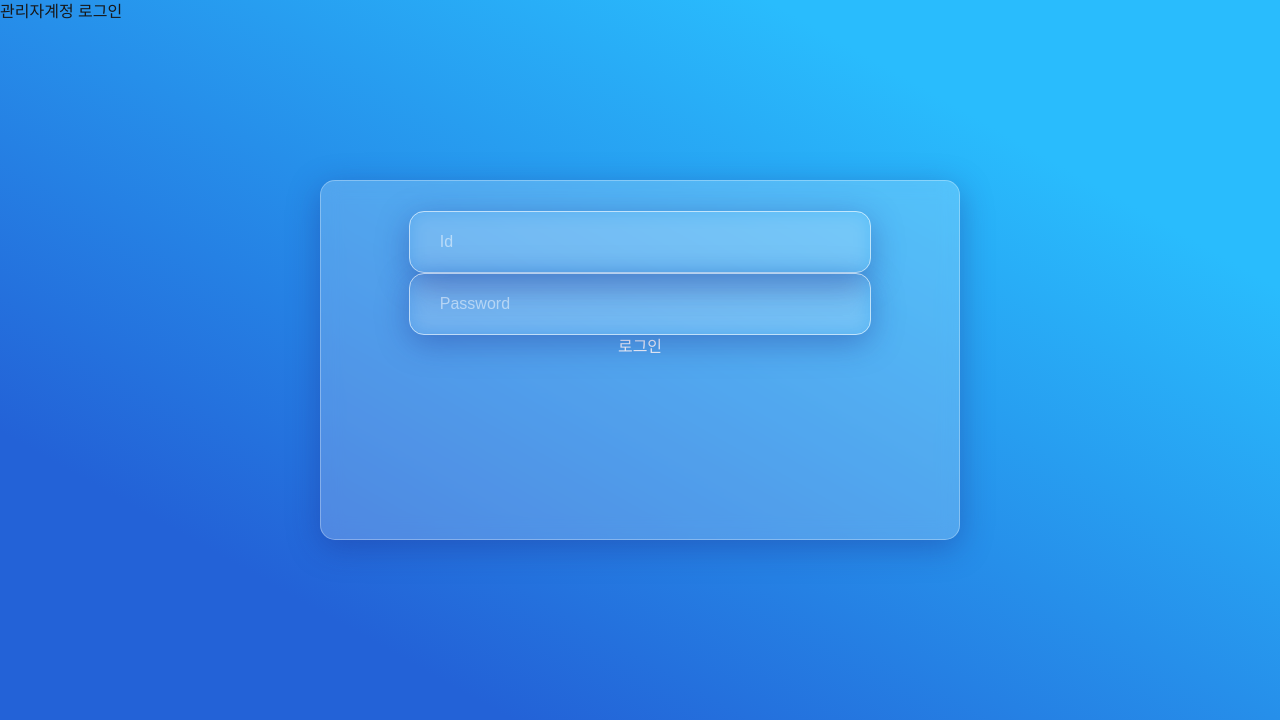
Repository: LEEYONGJUN3068/cms
Page: /login
An editor plug-in stored every save of this project. The page is shown before and after a run of saves, followed by the edit.
The browser window is 1280 px wide. The pictures show the whole page.
The page's requests for data from a server got no answer. The project was rebuilt for these pictures with package versions that can differ from the ones it lists, and the page was loaded fresh each time. The framework's server and built-in components were replaced by stand-ins that run in the browser. No one was signed in, and anything a server would have sent is missing. Also part of the build but not shown: next.config.mjs.

Above is the page before, as saved 2025-09-23 13:44:10.

### src/app/layout.js
import { Geist, Geist_Mono } from "next/font/google";
import "./globals.css";
import AppLoader from "@/components/AppLoader";

const geistSans = Geist({
  variable: "--font-geist-sans",
  subsets: ["latin"],
});

const geistMono = Geist_Mono({
  variable: "--font-geist-mono",
  subsets: ["latin"],
});

export const metadata = {
  title: "Create Next App",
  description: "Generated by create next app",
};

export default function RootLayout({ children }) {
  return (
    <html lang="en">
      <body
        className={`${geistSans.variable} ${geistMono.variable} antialiased`}
      >
        <AppLoader>{children}</AppLoader>
      </body>
    </html>
  );
}

### src/app/login/page.jsx
'use client'
import { useState } from 'react'
import { supabase } from '@/lib/supabaseClient'
import { useRouter } from 'next/navigation'
import styles from './login.module.scss'

export default function Login() {
  const [email,setEmail] = useState('')
  const [password,setPassword] = useState('')
  const router = useRouter()

  const handleLogin = async (e) => {
    e.preventDefault()
    const { data, error } = await supabase.auth.signInWithPassword({ email, password })
    if (error) alert(error.message)
    else router.push('/dashboard')
  }

  return (
    <div className={styles.loginContainer}>
      <h2>관리자계정 로그인</h2>
      <div className={styles.form}>
        <form onSubmit={handleLogin}>
          <input
            type="email"
            placeholder="Id"
            value={email}
            onChange={(e)=>setEmail(e.target.value)}
            required
          />
          <input
            type="password"
            placeholder="Password"
            value={password}
            onChange={(e)=>setPassword(e.target.value)}
            required
          />
          <button type="submit">로그인</button>
        </form>
      </div>
    </div>
  )
}

### src/components/AppLoader.jsx
"use client";

import { useState, useEffect } from "react";
import dynamic from 'next/dynamic'; // dynamic import 추가

// LoadingScreen 컴포넌트를 dynamic으로 불러오고, ssr을 false로 설정합니다.
// 이렇게 하면 이 컴포넌트는 오직 브라우저에서만 렌더링됩니다.
const LoadingScreen = dynamic(() => import('./LoadingScreen'), { ssr: false });

const AppLoader = ({ children }) => {
  const [loading, setLoading] = useState(true);

  useEffect(() => {
    const isFirstVisit = sessionStorage.getItem("isFirstVisit");

    if (isFirstVisit) {
      setLoading(false);
    } else {
      sessionStorage.setItem("isFirstVisit", "false");
      setTimeout(() => {
        setLoading(false);
      }, 3000);
    }
  }, []);

  return loading ? <LoadingScreen /> : <>{children}</>;
};

export default AppLoader;

### src/app/login/login.module.scss
.loginContainer{
    background: linear-gradient(to bottom left, #29bcfd 20%, #2362d7 80%);
    width: 100%;
    height: 100vh;

    .form{
        position: absolute;
        left: 50%;
        top: 50%;
        transform: translate(-50%, -50%);
        width: 50%;
        height: 50vh;
        background: rgba(255, 255, 255, 0.2);
        backdrop-filter: blur(10px);
        -webkit-backdrop-filter: blur(10px); /* Safari 브라우저 지원 */
        border: 1px solid rgba(255, 255, 255, 0.3);
        box-shadow: 0 8px 32px 0 rgba(31, 38, 135, 0.37);
        border-radius: 15px;
        padding: 30px;
        color: white;

        input{
            width: 80%;
            height: 5vh;
            backdrop-filter: blur(10px);
            -webkit-backdrop-filter: blur(10px); /* Safari 브라우저 지원 */
            border: 1px solid rgba(255, 255, 255, 0.6);
            box-shadow: 0 8px 32px 0 rgba(31, 38, 135, 0.37);
            border-radius: 15px;
            padding: 30px;
            color: white;
        }

        form{
            display: flex;
            flex-direction: column;
            justify-content: center;
            align-items: center;
        }
    }
}

### src/components/LoadingScreen.jsx
"use client";

// lottie-react에서 Player를 가져옵니다.
import { Player } from "@lottiefiles/react-lottie-player";

const LoadingScreen = () => {
  return (
    <div style={{
      position: 'fixed',
      top: 0,
      left: 0,
      width: '100%',
      height: '100%',
      backgroundColor: '#000',
      display: 'flex',
      flexDirection: 'column',
      justifyContent: 'center',
      alignItems: 'center',
      zIndex: 9999,
    }}>
        <p style={{
            fontSize: 'clamp(0px, 5vw, 32px)',
            fontWeight: 'bold',
        }}>
          포트폴리오 화면을 구성중입니다
        </p>
        <Player
          autoplay
          loop
          src="https://lottie.host/dfe9ce55-f0b7-4bb0-bcd2-241897b61dec/JhkEyDhSuU.json"
          style={{ width: 'clamp(0px, 50vw, 300px)', height: 'auto' }}
        />
    </div>
  );
};

export default LoadingScreen;

Loaded but not shown: src/app/globals.css (common file); src/lib/supabaseClient.js (common file)

After the next 2 saves:
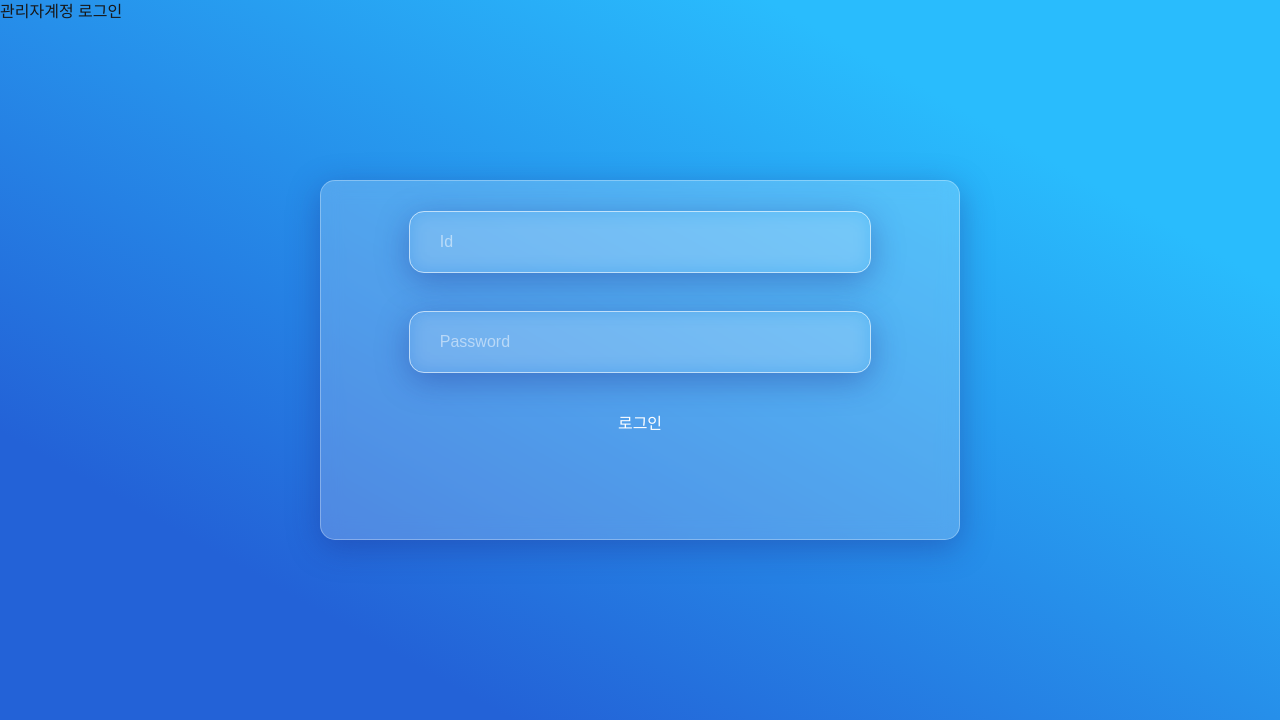
The 2 saves are shown as one change because they came seconds apart.
The last was saved 38 s later.
--- a/src/app/login/login.module.scss
+++ b/src/app/login/login.module.scss
@@ -29,6 +29,7 @@
             border-radius: 15px;
             padding: 30px;
             color: white;
+            margin-bottom: 3vw;
         }
 
         form{
